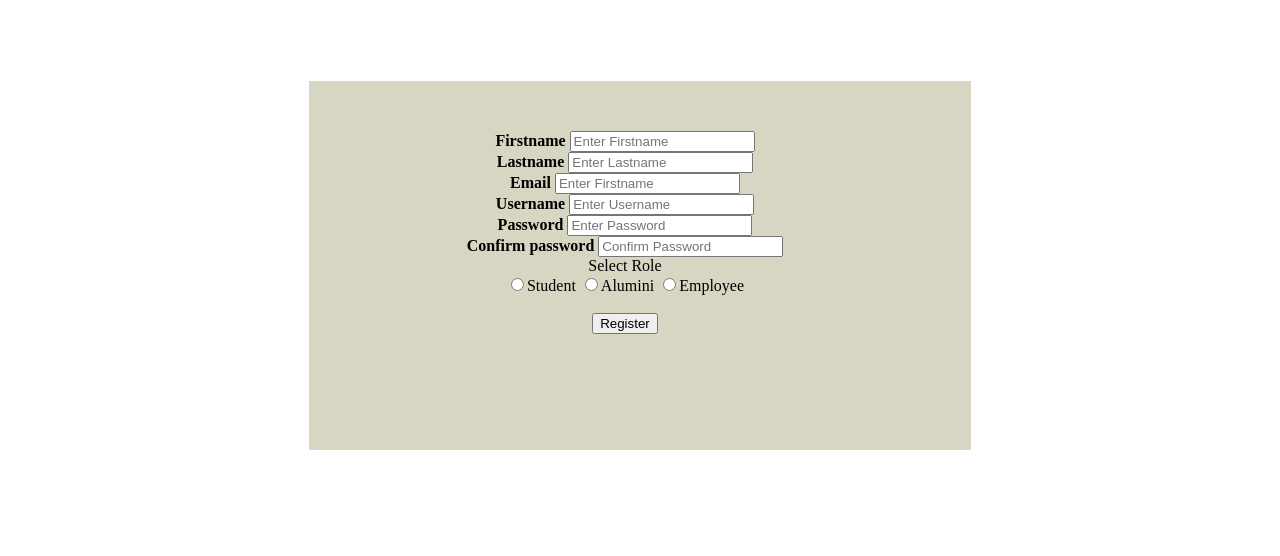
Repository: NeeleshPoojari/Project-2
Page: frontend_project2/WebContent/views/registrationform.html
The author's editor kept a copy of each file at every save. The page is drawn from the files as they stood at one save, then again after the next save.
The browser window is 1280 px wide. The pictures show the whole page.

Above is the page before, as saved 2017-07-17 07:14:50.

### frontend_project2/WebContent/views/registrationform.html
<style>
.middle {
    border: 1px solid white;
    background-color:#d6d6c2;
    padding-top: 50px;
    padding-right: 50px;
    padding-bottom: 100px;
    padding-left: 20px;
    margin-left:300px;
    margin-right:300px;

}
</style>

<div class="middle" style="margin-top: 80px;">

	<form>
		<div align="center">
			<div class="row">
				<div class="form-group col-xs-6">
					<label><b>Firstname</b></label> <input type="text"
						ng-model="user.firstname" placeholder="Enter Firstname"
						class="form-control input-lg" required>
				</div>


				<div class="form-group col-xs-6">
					<label><b>Lastname</b></label> <input type="text"
						ng-model="user.lastname" placeholder="Enter Lastname"
						class="form-control input-lg" required>
				</div>

			</div>
		</div>

		<div align="center">
			<div class="row">
				<div class="form-group col-xs-6">
					<label><b>Email</b></label> <input type="text"
						ng-model="user.email" placeholder="Enter Firstname"
						class="form-control input-lg" required>
				</div>


				<div class="form-group col-xs-6">
					<label><b>Username</b></label> <input type="text"
						ng-model="user.username" placeholder="Enter Username"
						class="form-control input-lg" required>
				</div>

			</div>
		</div>


		<div align="center">
			<div class="row">
				<div class="form-group col-xs-6">
					<label><b>Password</b></label> <input type="password"
						ng-model="user.password" placeholder="Enter Password"
						class="form-control input-lg" required>
				</div>


				<div class="form-group col-xs-6">
					<label><b>Confirm password</b></label> <input type="password"
						 placeholder="Confirm Password"
						class="form-control input-lg" required>
				</div>

			</div>
		</div>

		<div align="center">
		<label >Select Role</label><br>
		<div class="row">
        <input type="radio" ng-model="user.role" value="Student">Student
		<input type="radio" ng-model="user.role" value="Alumini">Alumini
		<input type="radio" ng-model="user.role" value="Employee">Employee
		</div>
		<br>
		<button type="submit"  ng-click="register()"
				class="btn btn-success">Register</button>
        </div>

<!--

		Enter Firstname:<input type="text" ng-model="user.firstname"><br>
		Enter Lastname:<input type="text" ng-model="user.lastname"><br>
		Enter Email:<input type="text" ng-model="user.email"><br>
		Enter Username:<input type="text" ng-model="user.username"><br>
		Enter Password:<input type="password" ng-model="user.password"><br>

		Select Role<input type="radio" ng-model="user.role" value="Student">Student<br>
		<input type="radio" ng-model="user.role" value="Alumini">Alumini<br>
		<input type="radio" ng-model="user.role" value="Employee">Employee<br>

		<input type="submit" ng-click="register()"><br>
		 -->


	</form>
</div>

After the next save:
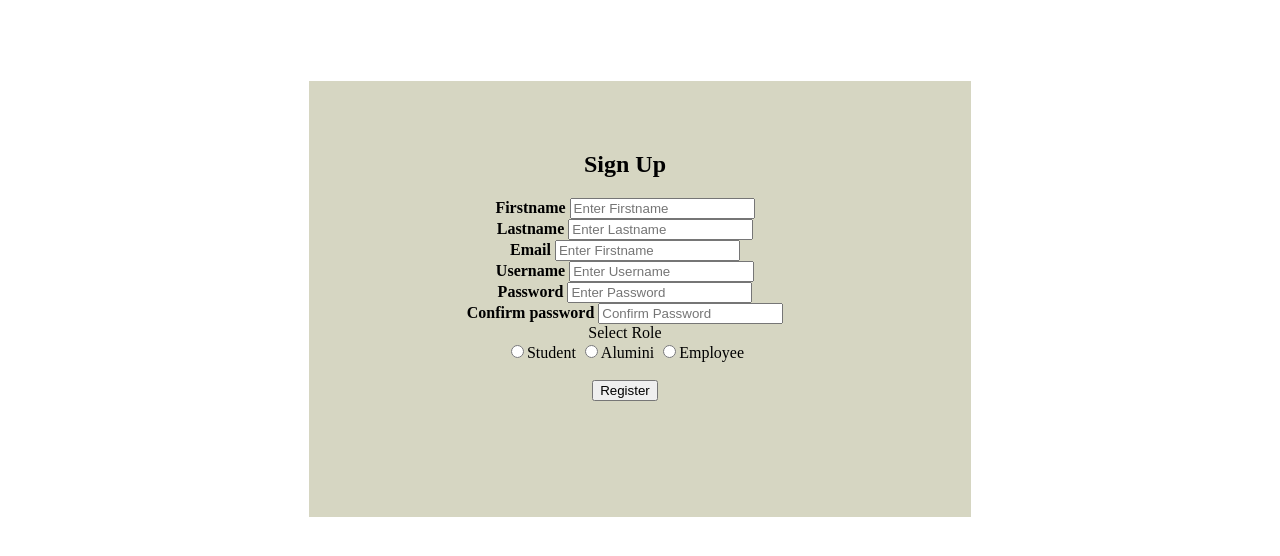
Saved 50 s later.
--- a/frontend_project2/WebContent/views/registrationform.html
+++ b/frontend_project2/WebContent/views/registrationform.html
@@ -13,7 +13,7 @@
 </style>
 
 <div class="middle" style="margin-top: 80px;">
-
+   <h2 align="center">Sign Up</h2>
 	<form>
 		<div align="center">
 			<div class="row">
